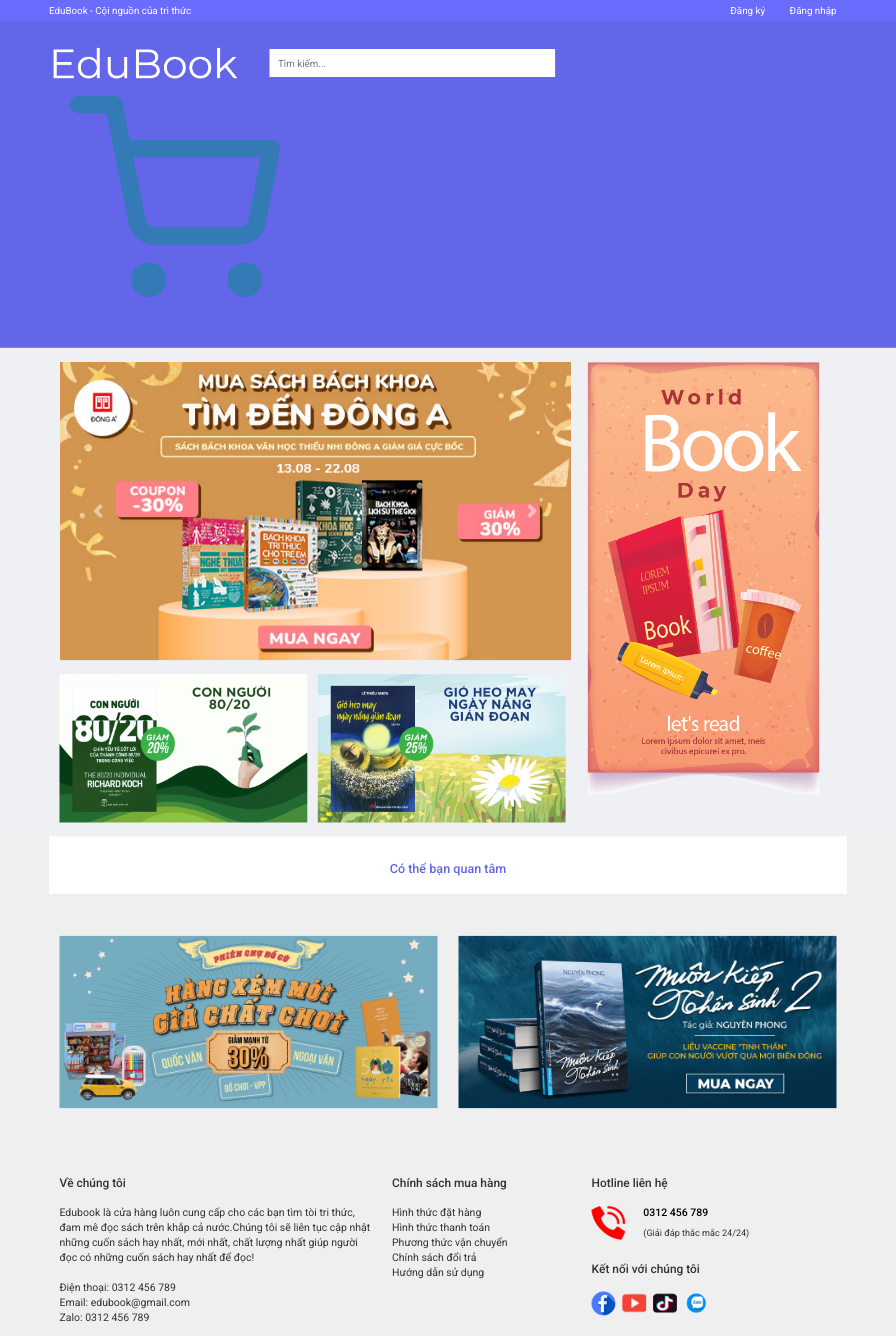
Repository: ThieuDV091002/BookShop
Page: http://localhost/index
These files come from the project's save history. The page is drawn as it stood at one moment and after the next save; the edit follows.
The browser window is 1280 px wide. The pictures show the whole page, at 70% of full size.
Some web fonts or font styles are not loaded; a fallback is used. The page is this project's Thymeleaf template; nobody is signed in. The template is opened directly, without the code that normally fills it, so the values that code supplies are empty.

Above is the page before, as saved 2023-07-19 07:04:44.
Console error: TypeError: Cannot read properties of null (reading 'style')

After the next save:
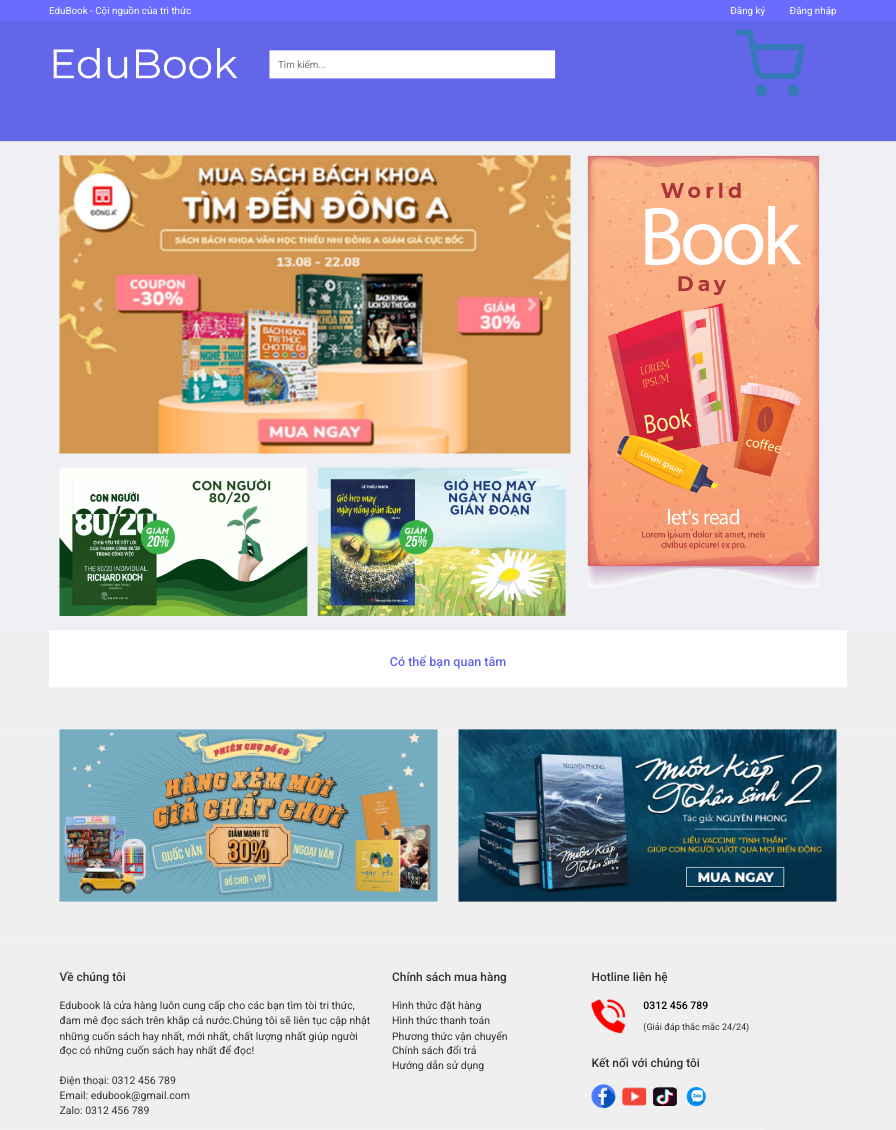
Saved 33 s later.
--- a/EduBookProject/EduBookWebparent/EduBookFrontEnd/src/main/resources/templates/index.html
+++ b/EduBookProject/EduBookWebparent/EduBookFrontEnd/src/main/resources/templates/index.html
@@ -82,7 +82,7 @@
 							class="col-lg-1 col-md-1 col-sm-0 header__cart">
 							<div class="header__cart-icon-wrap">
 								<a th:href="@{/cart}"> <span class="header__notice">0</span>
-									<svg xmlns="http://www.w3.org/2000/svg" width="300" height="300"
+									<svg xmlns="http://www.w3.org/2000/svg" width="100" height="100"
 									viewBox="0 0 24 24" fill="none" stroke="currentColor" stroke-width="2"
 									stroke-linecap="round" stroke-linejoin="round" class="feather feather-shopping-cart" id="IconChangeColor">
 									<circle cx="9" cy="21" r="1"></circle><circle cx="20" cy="21" r="1"></circle>
